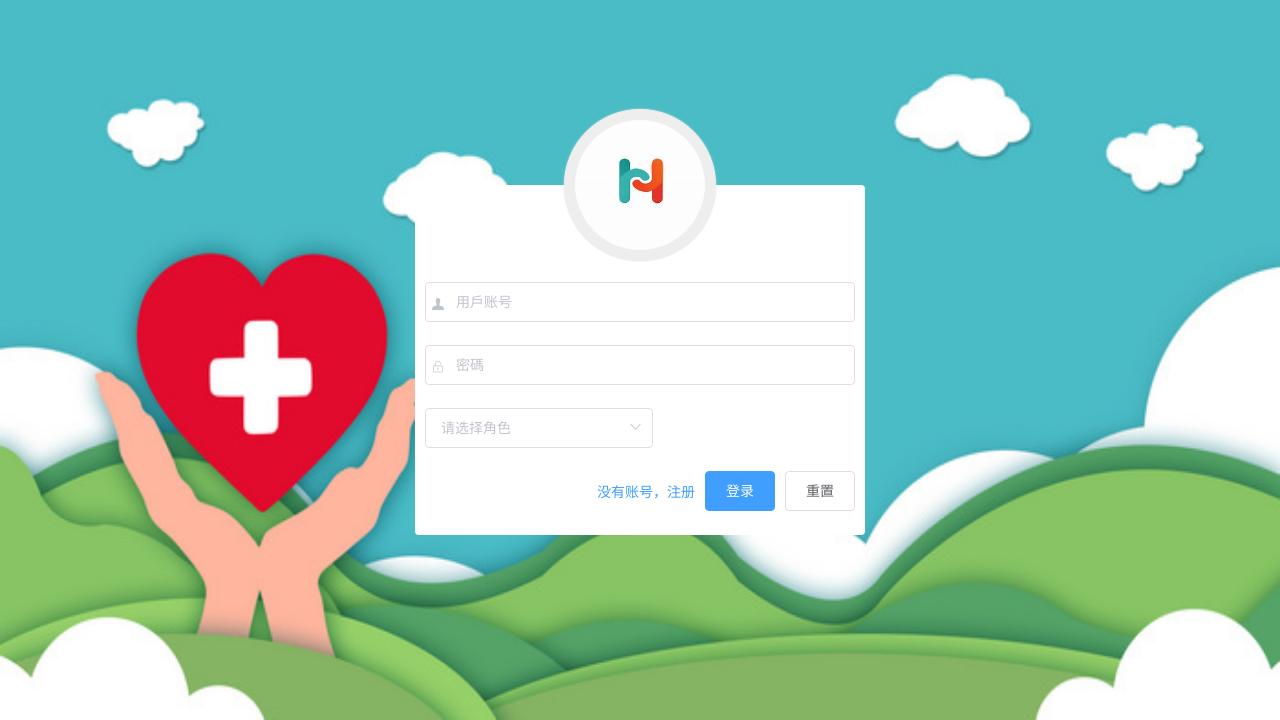
Repository: hyyBubbly/community-web-vue
Page: / (app in community/)
These files come from the project's save history. The page is drawn as it stood at one moment and after the next save; the edit follows.
The browser window is 1280 px wide. The pictures show the whole page.
The page's requests for data from a server got no answer. The project was rebuilt for these pictures with package versions that can differ from the ones it lists, and the page was loaded fresh each time. No one was signed in, and anything a server would have sent is missing. Also part of the build but not shown: community/vue.config.js, community/src/components/Home.vue, community/src/components/Welcome.vue, community/src/components/User/UserList.vue, community/src/components/admin/WorkerList.vue, community/src/components/community/CommunityList.vue, community/src/components/healthfiles/HealthyData.vue, community/src/components/healthfiles/Healthiness.vue and 14 more.

Above is the page before, as saved 2024-01-28 13:17:43.

### community/src/main.js
import Vue from 'vue'
import App from './App.vue'
import router from './router'
import './plugins/element.js'
import './assets/css/global.css'
import md5 from 'md5.js'
//引入iconfont
import './assets/font/iconfont.css'
// 导入axios
import axios from 'axios'
import moment from "moment"
import echarts from 'echarts'
Vue.prototype.$echarts = echarts
//时间转化
Vue.prototype.$moment = moment;
// 挂载axios 到Vue的原型prototype的$http
Vue.prototype.$http = axios
// 设置请求的根路径
axios.defaults.baseURL = "http://localhost:9001"
Vue.config.productionTip = false
//md5加密
Vue.prototype.$md5 = md5;



new Vue({
  router,
  render: h => h(App)
}).$mount('#app')

### community/src/App.vue
<template>
  <div id="app">
    <router-view></router-view>
  </div>
</template>
<script>
  // export default {
  //   name: 'App',
  //   provide(){
  //     return {
  //       reload: this.reload
  //     }
  //   },
  //   data(){
  //     return {
  //       isRouterAlive: true
  //     }
  //   },
  //   methods:{
  //     reload() {
  //       this.isRouterAlive = false;
  //       this.$nextTick(function (){
  //         this.isRouterAlive = true
  //       })
  //     }
  //   }
  // }
</script>
<style>

</style>

### community/src/router/index.js
import Vue from 'vue'
import VueRouter from 'vue-router'
import Login from '../components/Login.vue'
import Home from '../components/Home.vue'
import Welcome from "../components/Welcome.vue"
import UserList from "../components/User/UserList.vue"
import WorkerList from "@/components/admin/WorkerList"
import CommunityList from "@/components/community/CommunityList"
import HealthyData from "@/components/healthfiles/HealthyData"
import Healthiness from "@/components/healthfiles/Healthiness";
import OlderInfoList from "@/components/User/OlderInfoList";
import HealthyInfo from "@/components/healthfiles/HealthyInfo";
import Knowledge from "../components/knowledge/Knowledge.vue";
import ActiveList from "@/components/active/ActiveList";
import medical from "@/components/mutualAid/medical";
import Purchasing from "@/components/mutualAid/Purchasing";
import repast from "@/components/mutualAid/repast";
import Pharmacy from "@/components/mutualAid/Pharmacy/Pharmacy";
import PharmacyInfo from "@/components/mutualAid/Pharmacy/PharmacyInfo";
import Appointment from "@/components/mutualAid/Pharmacy/Appointment";
import ShoppingMall from "@/components/mutualAid/shoppingMall";
import foodBusiness from "@/components/mutualAid/Food/foodBusiness";
import Personal from "@/components/Personal";
Vue.use(VueRouter)

const routes = [
  {
    path:"/",
    redirect:'/login',
  },
  {
    path:"/login",
    component: Login,

  },
  {
    path:"/home",
    component:Home,
    redirect: "/welcome",
    children:[
      {
        path:"/welcome",
        component: Welcome,
      },
      {
        path:"/user",
        component: UserList,
      },
      {
        path:"/worker",
        component: WorkerList,
      },
      {
        path:"/older",
        component: OlderInfoList,
      },
      {
        path:"/community",
        component: CommunityList,
      },
      {
        path:"/healthyData",
        component: HealthyData,
      },
      {
        path:"/files",
        component: Healthiness,
      },
      {
        path:"/healthyInfo",
        component: HealthyInfo,
      },
	  {
        path:"/knowledge",
        component: Knowledge,
	  },
      {
        path:"/active",
        component: ActiveList,
      },
      {
        path:"/medicine",
        component: medical,
      },
      {
        path:"/shop",
        component: Purchasing,
      },
      {
        path:"/food",
        component: repast,
      },
      {
        path:"/pharmacy",
        component: Pharmacy,
      },
      {
        path:"/pharmacyInfo",
        component: PharmacyInfo,
      },
      {
        path:"/appointment",
        component: Appointment,
      },
      {
        path:"/shoppingMall",
        component: ShoppingMall,
      },
      {
        path: "/foodBusiness",
        component: foodBusiness,
      },
      {
        path:"/personal",
        component: Personal,
      }
    ]
  },
]


const router = new VueRouter({
  routes
})

// router.beforeEach((to,from,next)=>{
//   const role = window.sessionStorage.getItem("roleId")
//   if(to.meta.isLogin){ //判断页面是否需要登录才可操作
//       if(to.meta.roles.includes(role)){//判断登录用户的权限是否满足meta对象中的roles的要求
//         next()
//       }else {
//         alert('您没有权限进入页面！')
//         this.router.push('/login')
//       }
//     }else {
//       alert('请登录之后再操作！')
//       this.router.push('/login')
//     }
// })


//出现问题时使用
const originalPush = VueRouter.prototype.push
VueRouter.prototype.push = function push(location, onResolve,onReject){
  if(onResolve || onReject) return originalPush.call(this,location,onResolve,onReject)
  return originalPush.call(this,location).catch(err => err)
}

export default router

### community/src/assets/css/global.css
/* 全局样式 */
HTML,body,#app{
	height: 100%;
	margin: 0;
	padding: 0;
}
/* 卡片区域  !important 提高样式级别*/
.el-card{
	box-shadow: 0 1px 1px rgba(0,8,10,0.15) !important;
}

/*表格样式*/
.el-table{
	margin-top: 15px;
	font-size: 12px;
	min-width: 350px;
}

### community/src/assets/font/iconfont.css
@font-face {
  font-family: "iconfont"; /* Project id 3270408 */
  src: url('iconfont.woff2?t=1652753196788') format('woff2'),
       url('iconfont.woff?t=1652753196788') format('woff'),
       url('iconfont.ttf?t=1652753196788') format('truetype');
}

.iconfont {
  font-family: "iconfont" !important;
  font-size: 16px;
  font-style: normal;
  -webkit-font-smoothing: antialiased;
  -moz-osx-font-smoothing: grayscale;
}

.icon-huoyuedu:before {
  content: "\e607";
}

.icon-xiaoqushu:before {
  content: "\e6df";
}

.icon-fangwenliang:before {
  content: "\e646";
}

.icon-duzheliuyan:before {
  content: "\e604";
}

.icon-hudongshequ:before {
  content: "\e62f";
}

.icon-huoyueshu:before {
  content: "\e702";
}

.icon-community:before {
  content: "\e61c";
}

.icon-shujujiance:before {
  content: "\e683";
}

.icon-huzhu:before {
  content: "\e778";
}

.icon-denglu:before {
  content: "\e603";
}

.icon-mima:before {
  content: "\e65c";
}

.icon-gouwuche:before {
  content: "\e600";
}

.icon-2jiankangzhishi:before {
  content: "\e622";
}

.icon-huodong:before {
  content: "\e630";
}

.icon-canyinguanli:before {
  content: "\e624";
}

.icon-huodong1:before {
  content: "\e870";
}

.icon-jiankangdanganx:before {
  content: "\e60d";
}

.icon-yiliaohuzhu:before {
  content: "\e686";
}

.icon-yonghu:before {
  content: "\e633";
}

.icon-guanliyuan:before {
  content: "\e62a";
}

.icon-guanliyuan1:before {
  content: "\e681";
}

.icon-menu_lrkh:before {
  content: "\e656";
}

.icon-shequ:before {
  content: "\e663";
}

### community/src/components/Login.vue
<template>
	<div>
		<div class="login_container">
			<!-- 登录块 -->
			<div class="login_box">
				<!-- logo头像 -->
				<div class="avatar_box">
					<img src="../assets/sportlogo.jpg" />
				</div>
				<!-- 表单区域 -->
				<el-form ref="loginFormRef" :rules="loginRules" :model="loginForm" label-width="0" class="login_form">
					<!-- 用户名 -->
					<el-form-item prop="workNo">
						<el-input v-model="loginForm.workNo" prefix-icon="iconfont icon-denglu" placeholder="用戶账号"></el-input>
					</el-form-item>
					<!-- 密码 -->
					<el-form-item prop="password">
						<el-input v-model="loginForm.password" prefix-icon="iconfont icon-mima" show-password placeholder="密碼"></el-input>
					</el-form-item>
		    <!-- 角色 -->
		    <el-form-item prop="roleId">
		      <el-select v-model="loginForm.roleId" clearable placeholder="请选择角色">
		        <el-option
		            v-for="item in options"
		            :key="item.roleId"
		            :label="item.role"
		            :value="item.roleId">
		        </el-option>
		      </el-select>
		    </el-form-item>
					<!-- 按钮 -->
					<el-form-item class="btns">
		      <el-link @click="isRegister = true" style="margin-right: 10px; color: #409EFF" :underline="false">没有账号，注册</el-link>
		      <el-button type="primary" @click="login()">登录</el-button>
			  <el-button type="infor" @click="resetLoginForm()">重置</el-button>
					</el-form-item>
				</el-form>
			</div>
		</div>
		<el-dialog
			title="注册页面"
		  :visible.sync="isRegister"
		  :with-header="false" width="50%" @close="editClosed">
			  <el-form :model="addForm" :rules="addFormRules" ref="addFormRef" label-width="100px">
			    <el-form-item label="姓名：" prop="username">
			      <el-input v-model="addForm.username" size="medium" style="width: 60%;"></el-input>
			    </el-form-item>
			    <el-form-item label="密码：" prop="password">
			      <el-input v-model="addForm.password" show-password size="medium" style="width: 60%;"></el-input>
			    </el-form-item>
			    <el-form-item label="性别：" prop="sex">
			      <el-radio v-model="addForm.sex" label="0">男</el-radio>
			      <el-radio v-model="addForm.sex" label="1">女</el-radio>
			    </el-form-item>
			    <el-form-item label="电话号码：" prop="phone" >
			      <el-input v-model="addForm.phone"  size="medium" style="width: 60%;"></el-input>
			    </el-form-item>
			    <el-form-item label="社区：" prop="communityCd">
			      <el-select v-model="addForm.communityCd" clearable filterable placeholder="请选择">
			        <el-option
			            v-for="item in communities"
			            :key="item.communityCd"
			            :label="item.communityName"
			            :value="item.communityCd">
			        </el-option>
			      </el-select>
			    </el-form-item>
			    <!-- <el-form-item label="角色：" prop="roleId">
			      <el-select v-model="addForm.roleId" clearable filterable placeholder="请选择">
			        <el-option
			            v-for="item in options"
			            :key="item.roleId"
			            :label="item.role"
			            :value="item.roleId">
			        </el-option>
			      </el-select>
			    </el-form-item> -->
			  </el-form>
			  <span slot="footer" class="dialog-footer">
			     <el-button @click="isRegister = false">取 消</el-button>
			     <el-button type="primary" @click="addUser">注 册</el-button>
			    </span>
		</el-dialog>

	</div>
</template>
<script>
	export default{
		data(){
			return{
        addForm:{},
        isAssess:"",
        isRegister:false,
				// 表单数据
				loginForm:{
          id:"",
          workName:""
				},
		    communities:[],
        options: [
          {
            roleId: '1',
            role: '管理员'
          },
          {
            roleId:'2',
            role:'医生',
          },
          {
            roleId:'3',
            role:'员工',
          },
          {
            roleId:'4',
            role:'监护人',
          },
        ],
				// 验证对象
				loginRules:{
					// 校验
          workNo:[
						{required:true,message:"请输入用户账号",trigger:'blur'},//必须向验证
						{min: 3, max: 15,message: '长度在 3 到 15 个字符',trigger:'blur'}//长度验证
						],
					password:[
						{required:true,message:"用户密码必须填写",trigger:'blur'},//必须向验证
						{min: 5, max: 12,message: '长度在 5 到 12 个字符',trigger:'blur'}
					],
          roleId:[
            {required:true,message:"请選擇角色",trigger:"blur"},
          ]
				},

				//表单校验
				addFormRules:{
				  username:[
				    {required: true,message:"请输入用户名",trigger:"blur"},
				    {min: 2,max: 12,message:"长度在 2 到 12 个字符串",trigger:"blur"},
				  ],
				  password: [
				    {required:true,message:"请输入密码",trigger:"blur"},
				    {min:6,max:24,message:"长度在 6 到 24 个字符串",trigger:"blur"}
				  ],
				  sex:[
				    {required: true,message: "请选择性别",trigger:"blur"}
				  ],
				  phone: [
				    {required: true,message: "请输入电话号码",trigger:"blur"},
				    {min: 8,max: 11,message: "长度在 8 到 11 个字符串",trigger:"blur"}
				  ],
				  communityCd: [
				    {required: true,message: "请输入地址",trigger: "blur"},
				  ],
				  roleId: [
				    {required:true,message:"请選擇角色",trigger:"blur"},
				  ]
				},
			};
		},
		created(){
			this.selectAddress();
		},
    methods:{
		addUser(){
		  this.$refs.addFormRef.validate(async valid =>{
		    if(!valid) return;
			this.addForm.roleId = "4"
		    const {data:res} = await this.$http.post("/User/insertUser",this.addForm);
		    if(res!=="success"){
		      return this.$message.error("注册失败！！！");
		    }
		    this.$message.success("注册成功！！！");
		    this.isRegister = false;
		  });

		},
			async selectAddress(){
			  const {data:res} = await this.$http.get("/User/address");
			  this.communities = res;
			},
			editClosed(){
			  this.$refs.addFormRef.resetFields();//重置信息
			},

      //重置表单内容
			resetLoginForm(){
				this.$refs.loginFormRef.resetFields();
			},
			// 登录方法
			login(){
				// 验证是否成功 成功(true) 失败(false)
				// this.$refs.loginFormRef.validate(valid =>{
				// 	console.log(valid);
				// })
				// 验证校验规则
				this.$refs.loginFormRef.validate(async valid =>{
					if(!valid) return;//验证失败
					const {data:res} = await this.$http.post("/Worker/login",this.loginForm);//访问后台
					if(res.flag === "ok"){
						this.$message.success("登录成功！！！");//信息提示
						await this.$router.push({path:"/home",query:{roleId: res.worker.roleId}});// 页面路由跳转
            window.sessionStorage.setItem("workName",res.worker.workName)
            if(res.worker.roleId === '4'){
              window.sessionStorage.setItem("phone",res.worker.workNo)
            }
            window.sessionStorage.setItem("id",res.worker.id)
			      window.sessionStorage.setItem("roleId",res.worker.roleId)
			      window.sessionStorage.setItem("isAssess",res.worker.isAssess)
					}else{
						this.$message.error("登录失败！！！");// 错误提示
					}
				})
			},
		}

	}
</script>

<style lang="less" scoped>

.dialogImg{
	background: url(../assets/register.jpg) no-repeat;
	/**添加以下css */
	height: 100%; //大小设置为100%
	width: 100%; //大小设置为100%
	//position: fixed;
	background-size: 100% 100%;
}
.login_container{
  background: url("../common/community.jpg") no-repeat;
  /**添加以下css */
  height: 100%; //大小设置为100%
  width: 100%; //大小设置为100%
  position: fixed;
  background-size: 100% 100%;
}
.login_box {
  width: 450px;
  height: 350px;
  background-color: #fff;
  border-radius: 4px;
  position: absolute;
  left: 50%;
  top: 50%;
  transform: translate(-50%,-50%);
  .avatar_box{
    width: 130px;
    height: 130px;
    border: 1px solid #eee;
    border-radius: 50%;
    padding: 10px;
    box-shadow: 0 0 2px #ddd;
    position: absolute;
    left: 50%;
    transform: translate(-50%,-50%);
    background-color: #eee;
    img{
      width: 100%;
      height: 100%;
      border-radius: 50%;
      background-color: #eee;
    }

  }
}
.btns{
  display: flex;
  justify-content: flex-end;
}
.login_form{
  position: absolute;
  bottom: 0%;
  width: 100%;
  padding: 0 10px;
  box-sizing: border-box;
}
</style>

Loaded but not shown: community/public/index.html (common file); community/src/plugins/element.js (common file)

After the next save:
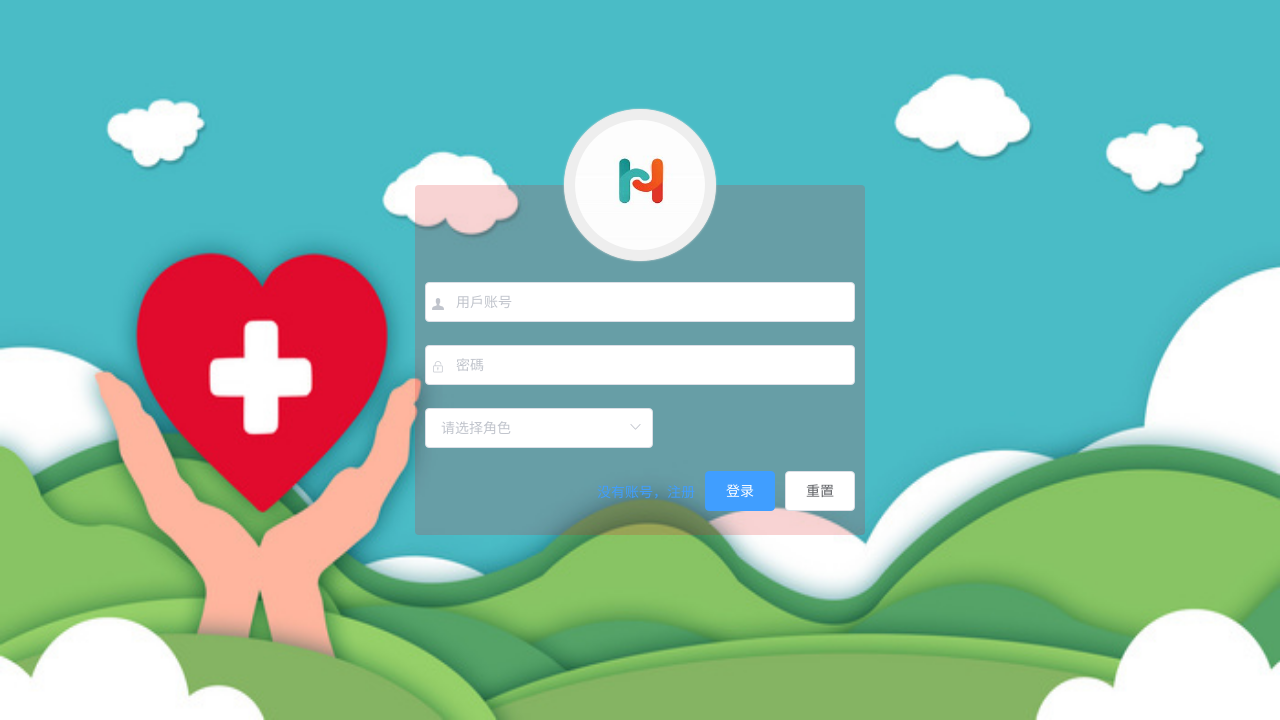
Saved 15 min 52 s later.
--- a/community/src/components/Login.vue
+++ b/community/src/components/Login.vue
@@ -237,7 +237,8 @@
 .login_box {
   width: 450px;
   height: 350px;
-  background-color: #fff;
+//   background-color: #fff;
+  background-color:rgba(220,38,38,0.2);
   border-radius: 4px;
   position: absolute;
   left: 50%;
